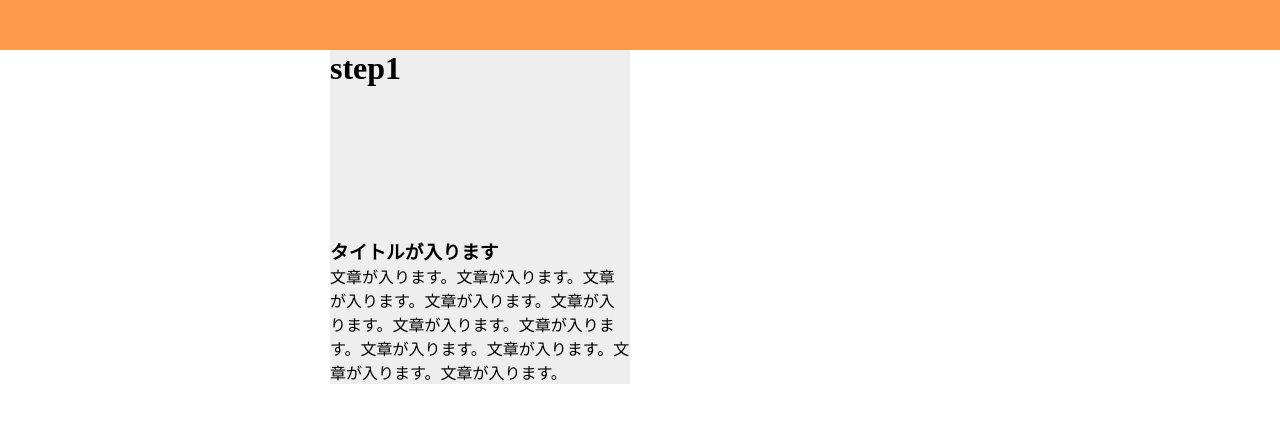
Repository: Kadaisakusei/Bookers2debug-
Page: Assignment1/main.html
The author's editor kept a record of every edit. The page is drawn from the files as they stood at one moment, then again after the next edit.
The browser window is 1280 px wide. The pictures show the whole page.

Above is the page before.

After the next edit:
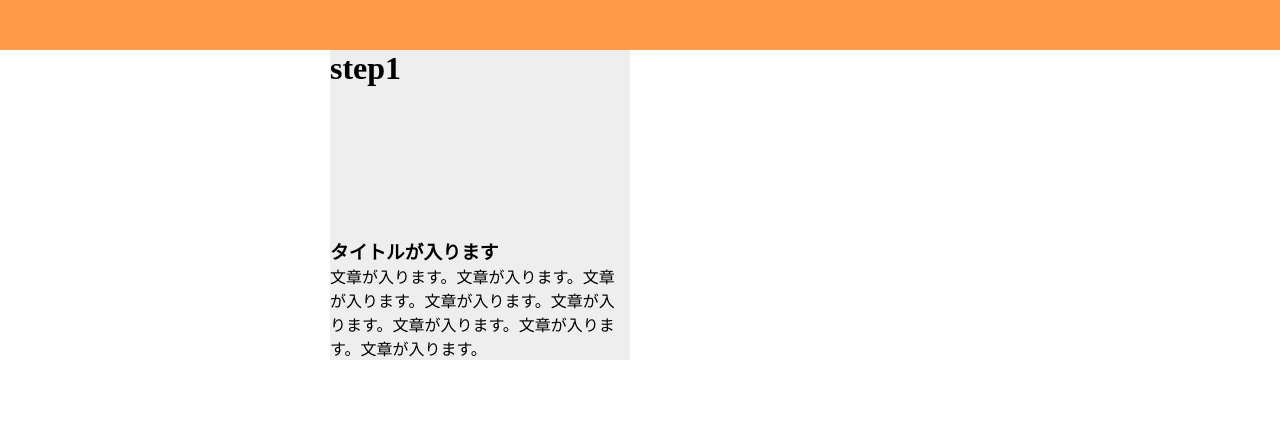
The edit:
--- a/Assignment1/main.html
+++ b/Assignment1/main.html
@@ -13,7 +13,7 @@
     <h1 class="step">step1</h1>
       <div class="image"></div>
       <h3>タイトルが入ります</h3>
-    <div class="text">文章が入ります。文章が入ります。文章が入ります。文章が入ります。文章が入ります。文章が入ります。文章が入ります。文章が入ります。文章が入ります。文章が入ります。文章が入ります。</div>
+      <div class="text">文章が入ります。文章が入ります。文章が入ります。文章が入ります。文章が入ります。文章が入ります。文章が入ります。文章が入ります。</div>
   </div>
 
 
